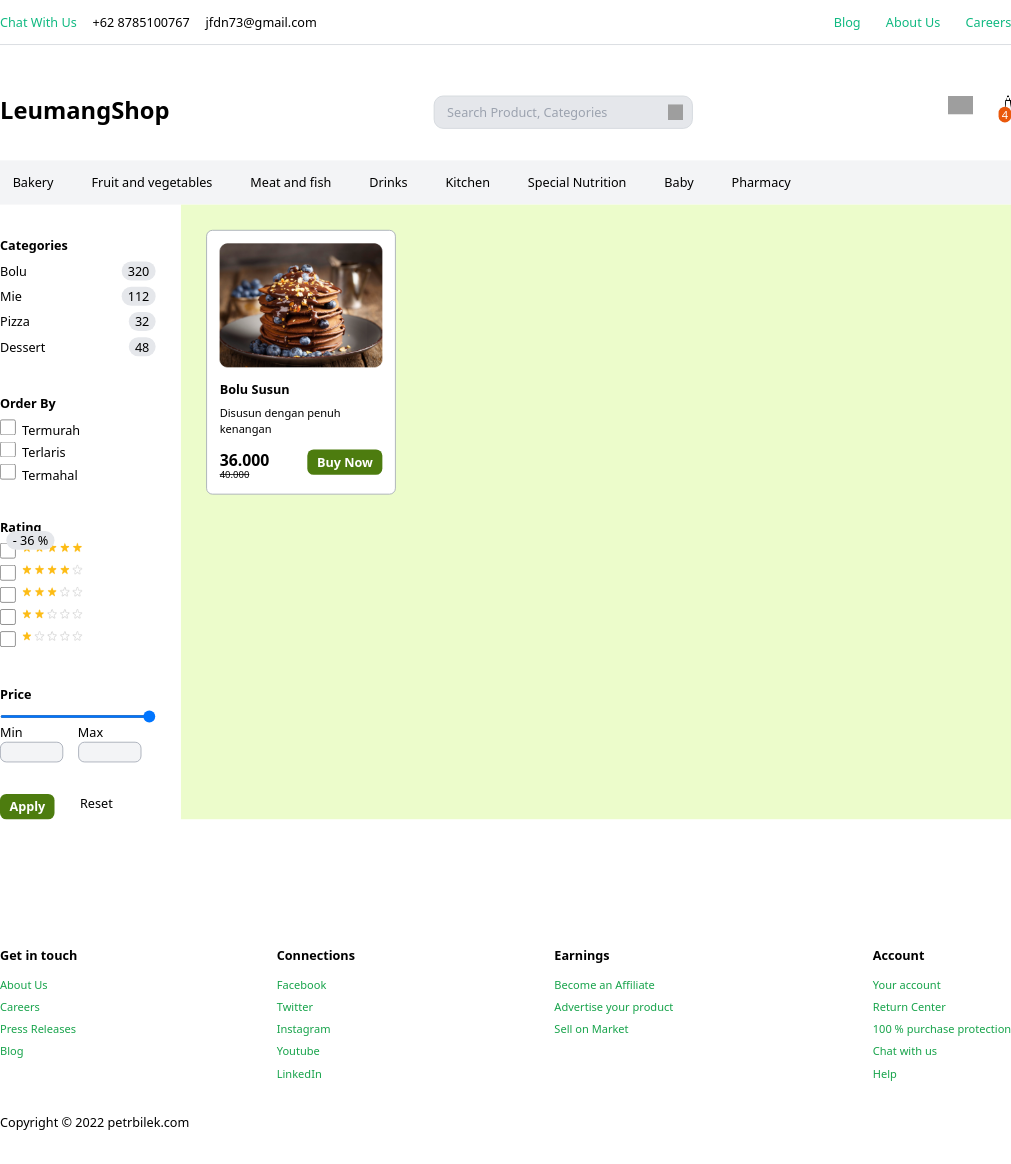
Repository: jafetdn73/ecommerce-tailwind
Page: /
An editor plug-in stored every save of this project. The page is shown before and after the next save, followed by the edit.
The browser window is 1280 px wide. The pictures show the whole page, at 79% of full size.
Pictures or frames that could not be fetched are drawn as grey boxes. The project was rebuilt for these pictures with package versions that can differ from the ones it lists, and the page was loaded fresh each time. Also part of the build but not shown: src/App.css.

Above is the page before, as saved 2022-03-14 15:09:10.

After the next save:
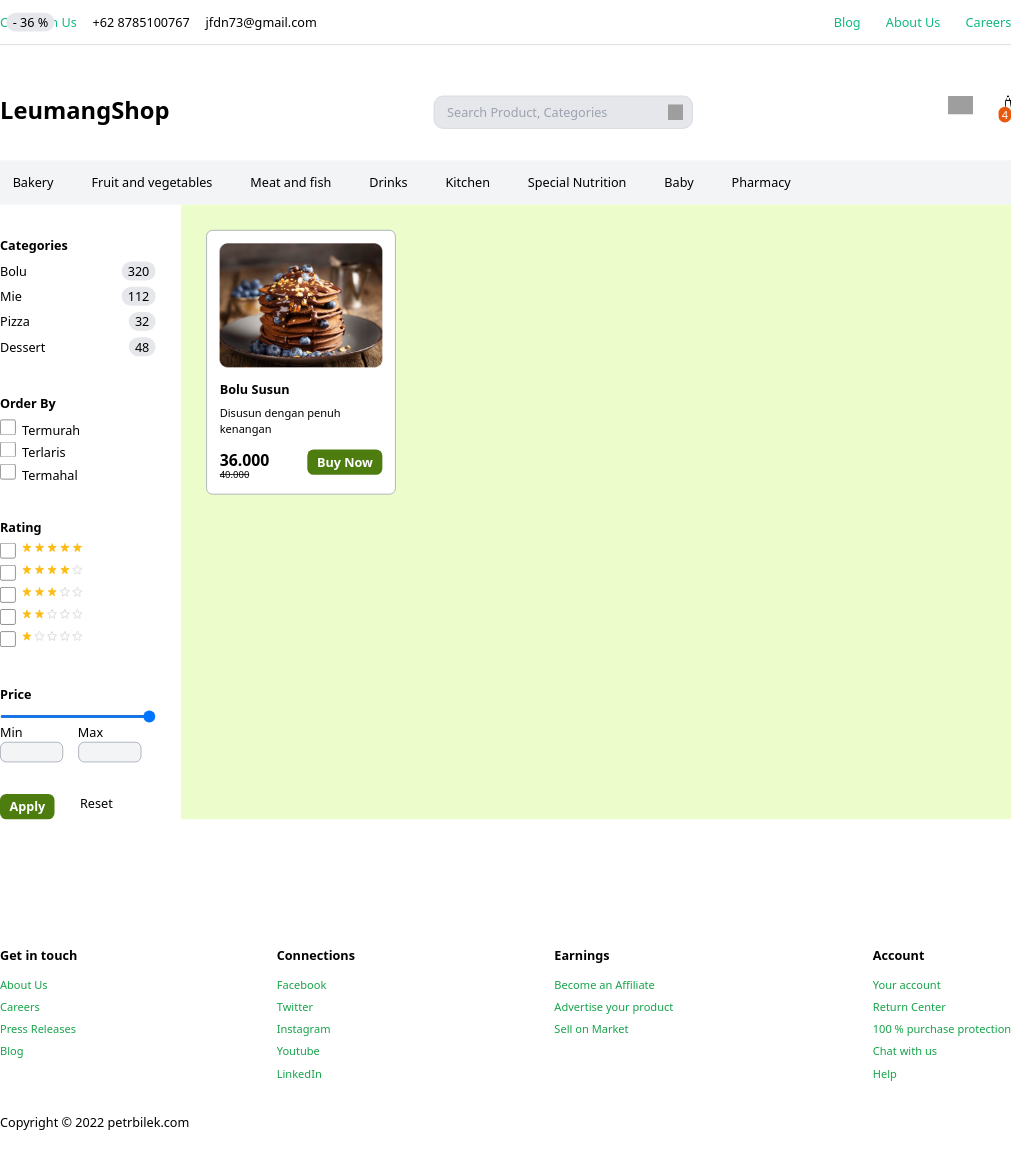
Saved 29 s later.
--- a/src/App.js
+++ b/src/App.js
@@ -178,7 +178,7 @@ function App() {
           <div className="w-60 m-8 p-4 bg-white border border-gray-400 rounded-lg">
             <div className="static">
               <img src="images/bolu-susun.png" alt="bolu-susun" width="236" height="180"/>
-              <label className="ml-2 absolute bottom-4 left-0 mb-2 bg-gray-200 pl-2 pr-2 rounded-xl">- 36 %</label>
+              <label className="ml-2 absolute top-4 left-0 mb-2 bg-gray-200 pl-2 pr-2 rounded-xl">- 36 %</label>
             </div>
             <div>
             <h1 className="font-bold text-base mt-4 mb-2">Bolu Susun</h1>
